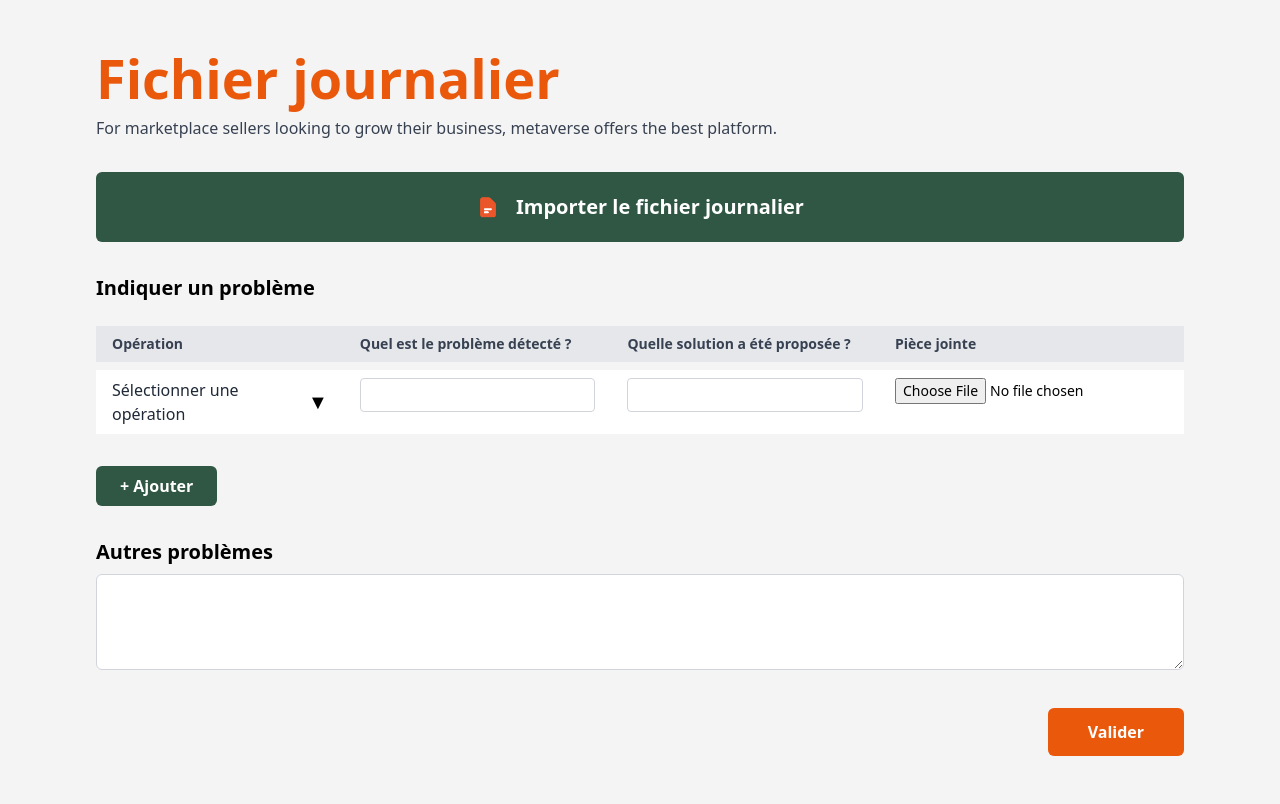
Repository: 123455675848484848484884848484/Projet_2cs
Page: /file (app in front/)
The author's editor kept a copy of each file at every save. The page is drawn from the files as they stood at one save, then again after the next save.
The browser window is 1280 px wide. The pictures show the whole page.
The project was rebuilt for these pictures with package versions that can differ from the ones it lists, and the page was loaded fresh each time. Also part of the build but not shown: front/src/App.css, front/src/LancerPuit.jsx, front/src/InformationPuit.jsx, front/src/Login.jsx, front/src/MesPuits.jsx, front/src/PhasesPrevision.jsx, front/src/OperationsPrevision.jsx.

Above is the page before, as saved 2025-04-24 11:35:50.

### front/src/App.jsx
import './App.css';
import React from "react";
import LancerPuit from './LancerPuit';
import InformationPuit from './InformationPuit';
import { BrowserRouter as Router, Routes, Route } from "react-router-dom";
import Login from './Login';
import MesPuits from './MesPuits';
import PhasesPrevision from './PhasesPrevision';
import OperationsPrevision from "./OperationsPrevision";
import FichierJournalier from './FichierJournalier';

function App() {
  return (
   <Router>
   <Routes>
     <Route path="/" element={<LancerPuit />} />
     <Route path="/info-puit" element={<InformationPuit />} />
     <Route path="/mespuits" element={<MesPuits />} />
     <Route path="/phasepre" element={<PhasesPrevision />} />
     <Route path="/operations" element={<OperationsPrevision />} />
     <Route path="/login" element={<Login />} />
     <Route path="/file" element={<FichierJournalier />} />

  </Routes>
    </Router>

  );
}

export default App;

### front/src/FichierJournalier.jsx
import React, { useState } from "react";

const FichierJournalier = () => {
  const [problems, setProblems] = useState([
    { operation: "", probleme: "", solution: "", file: null },
  ]);
  const [autresProblemes, setAutresProblemes] = useState("");
  const [selectedFiles, setSelectedFiles] = useState([]);
  const [openRows, setOpenRows] = useState([false]);

  const handleChange = (index, field, value) => {
    const updated = [...problems];
    updated[index][field] = value;
    setProblems(updated);
  };

  const handleFileChangeRow = (index, file) => {
    const updated = [...problems];
    updated[index].file = file;
    setProblems(updated);
  };

  const handleAddRow = () => {
    setProblems([...problems, { operation: "", probleme: "", solution: "", file: null }]);
    setOpenRows([...openRows, false]);
  };

  const handleFileChange = (e) => {
    const files = Array.from(e.target.files);
    setSelectedFiles((prev) => [...prev, ...files]);
  };

  const handleSubmit = () => {
    console.log("Problèmes:", problems);
    console.log("Autres:", autresProblemes);
    console.log("Fichiers importés:", selectedFiles);
  };

  const operationsGroups = [
    {
      label: "Preparation & Infrastructure",
      items: ["Civil Work", "Water Supply", "Environmental", "Supervision"],
    },
    {
      label: "Logging, Completion & Post-Drill",
      items: [
        "Coring",
        "Mud Logging",
        "Wire Line Logging",
        "Completion",
        "Fracturation",
      ],
    },
    {
      label: "Drilling Operations & Equipment",
      items: [
        "Drilling Mud",
        "Cementing",
        "Well Head",
        "Csg, Tubing, Liner",
        "DHT, Csg access, run Casing",
        "Drilling Bits",
      ],
    },
    {
      label: "Non principales",
      items: ["Transport", "Security", "Telecom", "Rig Move", "Drilling", "DST"],
    },
  ];

  return (
    <div className="min-h-screen px-24 py-12 bg-[#f4f4f4]">
      <h1 className="text-[54px] font-bold text-orange-600 leading-[60px] mb-2">
        Fichier journalier
      </h1>
      <p className="text-gray-700 mb-8">
        For marketplace sellers looking to grow their business, metaverse offers the best platform.
      </p>

      <label className="bg-[#2f5744] cursor-pointer text-white text-center text-[20px] font-semibold py-5 rounded-md flex justify-center items-center gap-4 mb-4">
        <img src="/file.png" alt="icon" className="w-6 h-6" />
        Importer le fichier journalier
        <input type="file" multiple className="hidden" onChange={handleFileChange} />
      </label>
      <ul className="mb-8 ml-4 list-disc text-gray-700">
        {selectedFiles.map((file, idx) => (
          <li key={idx}>{file.name}</li>
        ))}
      </ul>

      <h2 className="text-xl font-semibold mb-4">Indiquer un problème</h2>
      <div className="overflow-x-auto mb-6">
        <table className="w-full text-left border-separate border-spacing-y-2">
          <thead>
            <tr className="bg-gray-200 text-sm text-gray-700">
              <th className="px-4 py-2">Opération</th>
              <th className="px-4 py-2">Quel est le problème détecté ?</th>
              <th className="px-4 py-2">Quelle solution a été proposée ?</th>
              <th className="px-4 py-2">Pièce jointe</th>
            </tr>
          </thead>
          <tbody>
            {problems.map((row, index) => (
              <tr key={index} className="bg-white rounded-md">
                <td className="px-4 py-2 align-top">
                  <div
                    className="flex items-center justify-between cursor-pointer"
                    onClick={() => {
                      const newOpenRows = [...openRows];
                      newOpenRows[index] = !newOpenRows[index];
                      setOpenRows(newOpenRows);
                    }}
                  >
                    <span className="text-gray-800">
                      {row.operation || "Sélectionner une opération"}
                    </span>
                    <span className="text-xl">{openRows[index] ? "▲" : "▼"}</span>
                  </div>
                  {openRows[index] && (
                    <div className="grid grid-cols-4 gap-6 mt-4">
                      {operationsGroups.map((group) => (
                        <div key={group.label}>
                          <h4 className="text-xs text-orange-600 font-semibold mb-2">
                            {group.label}
                          </h4>
                          {group.items.map((item) => (
                            <label key={item} className="block text-sm text-gray-800">
                              <input
                                type="radio"
                                name={`operation-${index}`}
                                value={item}
                                checked={row.operation === item}
                                onChange={(e) => handleChange(index, "operation", e.target.value)}
                                className="mr-2"
                              />
                              {item}
                            </label>
                          ))}
                        </div>
                      ))}
                    </div>
                  )}
                </td>
                <td className="px-4 py-2 align-top">
                  <input
                    type="text"
                    value={row.probleme}
                    onChange={(e) => handleChange(index, "probleme", e.target.value)}
                    className="w-full border border-gray-300 rounded px-2 py-1 focus:outline-none focus:ring-0"
                  />
                </td>
                <td className="px-4 py-2 align-top">
                  <input
                    type="text"
                    value={row.solution}
                    onChange={(e) => handleChange(index, "solution", e.target.value)}
                    className="w-full border border-gray-300 rounded px-2 py-1 focus:outline-none focus:ring-0"
                  />
                </td>
                <td className="px-4 py-2 align-top">
                  <input
                    type="file"
                    onChange={(e) => handleFileChangeRow(index, e.target.files[0])}
                    className="text-sm"
                  />
                  {row.file && <p className="mt-1 text-gray-600 text-sm">{row.file.name}</p>}
                </td>
              </tr>
            ))}
          </tbody>
        </table>
      </div>

      <button
        onClick={handleAddRow}
        className="bg-[#2f5744] text-white font-semibold px-6 py-2 rounded-md mb-8"
      >
        + Ajouter
      </button>

      <h2 className="text-xl font-semibold mb-2">Autres problèmes</h2>
      <textarea
        className="w-full h-24 border border-gray-300 rounded-md p-3 mb-8 focus:outline-none focus:ring-0"
        placeholder=""
        value={autresProblemes}
        onChange={(e) => setAutresProblemes(e.target.value)}
      ></textarea>

      <div className="flex justify-end">
        <button
          onClick={handleSubmit}
          className="bg-orange-600 hover:bg-orange-700 text-white font-semibold text-[16px] px-10 py-3 rounded-md"
        >
          Valider
        </button>
      </div>
    </div>
  );
};

export default FichierJournalier;

Loaded but not shown: front/public/index.html (common file); front/src/index.js (common file); front/src/index.css (common file); front/src/reportWebVitals.js (common file); front/tailwind.config.js (common file)

After the next save:
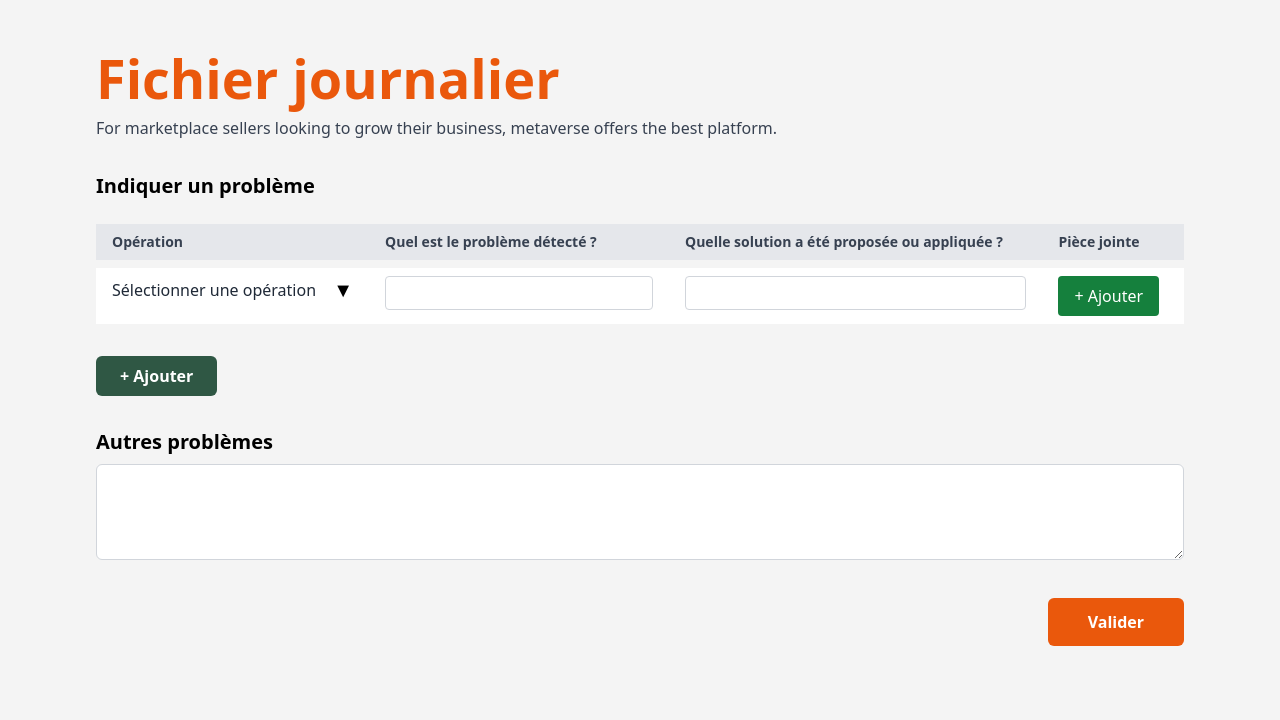
Saved 2 min 47 s later.
--- a/front/src/FichierJournalier.jsx
+++ b/front/src/FichierJournalier.jsx
@@ -2,7 +2,7 @@ import React, { useState } from "react";
 
 const FichierJournalier = () => {
   const [problems, setProblems] = useState([
-    { operation: "", probleme: "", solution: "", file: null },
+    { operation: [], probleme: "", solution: "", file: null },
   ]);
   const [autresProblemes, setAutresProblemes] = useState("");
   const [selectedFiles, setSelectedFiles] = useState([]);
@@ -14,26 +14,20 @@ const FichierJournalier = () => {
     setProblems(updated);
   };
 
-  const handleFileChangeRow = (index, file) => {
+  const handleFileUpload = (index, file) => {
     const updated = [...problems];
     updated[index].file = file;
     setProblems(updated);
   };
 
   const handleAddRow = () => {
-    setProblems([...problems, { operation: "", probleme: "", solution: "", file: null }]);
+    setProblems([...problems, { operation: [], probleme: "", solution: "", file: null }]);
     setOpenRows([...openRows, false]);
-  };
-
-  const handleFileChange = (e) => {
-    const files = Array.from(e.target.files);
-    setSelectedFiles((prev) => [...prev, ...files]);
   };
 
   const handleSubmit = () => {
     console.log("Problèmes:", problems);
     console.log("Autres:", autresProblemes);
-    console.log("Fichiers importés:", selectedFiles);
   };
 
   const operationsGroups = [
@@ -43,13 +37,7 @@ const FichierJournalier = () => {
     },
     {
       label: "Logging, Completion & Post-Drill",
-      items: [
-        "Coring",
-        "Mud Logging",
-        "Wire Line Logging",
-        "Completion",
-        "Fracturation",
-      ],
+      items: ["Coring", "Mud Logging", "Wire Line Logging", "Completion", "Fracturation"],
     },
     {
       label: "Drilling Operations & Equipment",
@@ -77,17 +65,6 @@ const FichierJournalier = () => {
         For marketplace sellers looking to grow their business, metaverse offers the best platform.
       </p>
 
-      <label className="bg-[#2f5744] cursor-pointer text-white text-center text-[20px] font-semibold py-5 rounded-md flex justify-center items-center gap-4 mb-4">
-        <img src="/file.png" alt="icon" className="w-6 h-6" />
-        Importer le fichier journalier
-        <input type="file" multiple className="hidden" onChange={handleFileChange} />
-      </label>
-      <ul className="mb-8 ml-4 list-disc text-gray-700">
-        {selectedFiles.map((file, idx) => (
-          <li key={idx}>{file.name}</li>
-        ))}
-      </ul>
-
       <h2 className="text-xl font-semibold mb-4">Indiquer un problème</h2>
       <div className="overflow-x-auto mb-6">
         <table className="w-full text-left border-separate border-spacing-y-2">
@@ -95,7 +72,7 @@ const FichierJournalier = () => {
             <tr className="bg-gray-200 text-sm text-gray-700">
               <th className="px-4 py-2">Opération</th>
               <th className="px-4 py-2">Quel est le problème détecté ?</th>
-              <th className="px-4 py-2">Quelle solution a été proposée ?</th>
+              <th className="px-4 py-2">Quelle solution a été proposée ou appliquée ?</th>
               <th className="px-4 py-2">Pièce jointe</th>
             </tr>
           </thead>
@@ -103,19 +80,17 @@ const FichierJournalier = () => {
             {problems.map((row, index) => (
               <tr key={index} className="bg-white rounded-md">
                 <td className="px-4 py-2 align-top">
-                  <div
-                    className="flex items-center justify-between cursor-pointer"
-                    onClick={() => {
-                      const newOpenRows = [...openRows];
-                      newOpenRows[index] = !newOpenRows[index];
-                      setOpenRows(newOpenRows);
-                    }}
-                  >
+                  <div className="flex items-center justify-between cursor-pointer" onClick={() => {
+                    const newOpenRows = [...openRows];
+                    newOpenRows[index] = !newOpenRows[index];
+                    setOpenRows(newOpenRows);
+                  }}>
                     <span className="text-gray-800">
-                      {row.operation || "Sélectionner une opération"}
+                      {row.operation.length > 0 ? row.operation.join(", ") : "Sélectionner une opération"}
                     </span>
                     <span className="text-xl">{openRows[index] ? "▲" : "▼"}</span>
                   </div>
+
                   {openRows[index] && (
                     <div className="grid grid-cols-4 gap-6 mt-4">
                       {operationsGroups.map((group) => (
@@ -129,8 +104,8 @@ const FichierJournalier = () => {
                                 type="radio"
                                 name={`operation-${index}`}
                                 value={item}
-                                checked={row.operation === item}
-                                onChange={(e) => handleChange(index, "operation", e.target.value)}
+                                checked={row.operation.includes(item)}
+                                onChange={() => handleChange(index, "operation", [item])}
                                 className="mr-2"
                               />
                               {item}
@@ -146,7 +121,7 @@ const FichierJournalier = () => {
                     type="text"
                     value={row.probleme}
                     onChange={(e) => handleChange(index, "probleme", e.target.value)}
-                    className="w-full border border-gray-300 rounded px-2 py-1 focus:outline-none focus:ring-0"
+                    className="w-full border border-gray-300 rounded px-2 py-1 focus:outline-none focus:ring-0 focus:border-orange-500"
                   />
                 </td>
                 <td className="px-4 py-2 align-top">
@@ -154,16 +129,21 @@ const FichierJournalier = () => {
                     type="text"
                     value={row.solution}
                     onChange={(e) => handleChange(index, "solution", e.target.value)}
-                    className="w-full border border-gray-300 rounded px-2 py-1 focus:outline-none focus:ring-0"
+                    className="w-full border border-gray-300 rounded px-2 py-1 focus:outline-none focus:ring-0 focus:border-orange-500"
                   />
                 </td>
                 <td className="px-4 py-2 align-top">
-                  <input
-                    type="file"
-                    onChange={(e) => handleFileChangeRow(index, e.target.files[0])}
-                    className="text-sm"
-                  />
-                  {row.file && <p className="mt-1 text-gray-600 text-sm">{row.file.name}</p>}
+                  <label className="bg-green-700 text-white rounded px-4 py-2 cursor-pointer inline-block">
+                    + Ajouter
+                    <input
+                      type="file"
+                      onChange={(e) => handleFileUpload(index, e.target.files[0])}
+                      className="hidden"
+                    />
+                  </label>
+                  {row.file && (
+                    <p className="mt-2 text-sm text-green-700">{row.file.name}</p>
+                  )}
                 </td>
               </tr>
             ))}
@@ -180,7 +160,7 @@ const FichierJournalier = () => {
 
       <h2 className="text-xl font-semibold mb-2">Autres problèmes</h2>
       <textarea
-        className="w-full h-24 border border-gray-300 rounded-md p-3 mb-8 focus:outline-none focus:ring-0"
+        className="w-full h-24 border border-gray-300 rounded-md p-3 mb-8 focus:outline-none focus:ring-0 focus:border-orange-500"
         placeholder=""
         value={autresProblemes}
         onChange={(e) => setAutresProblemes(e.target.value)}
